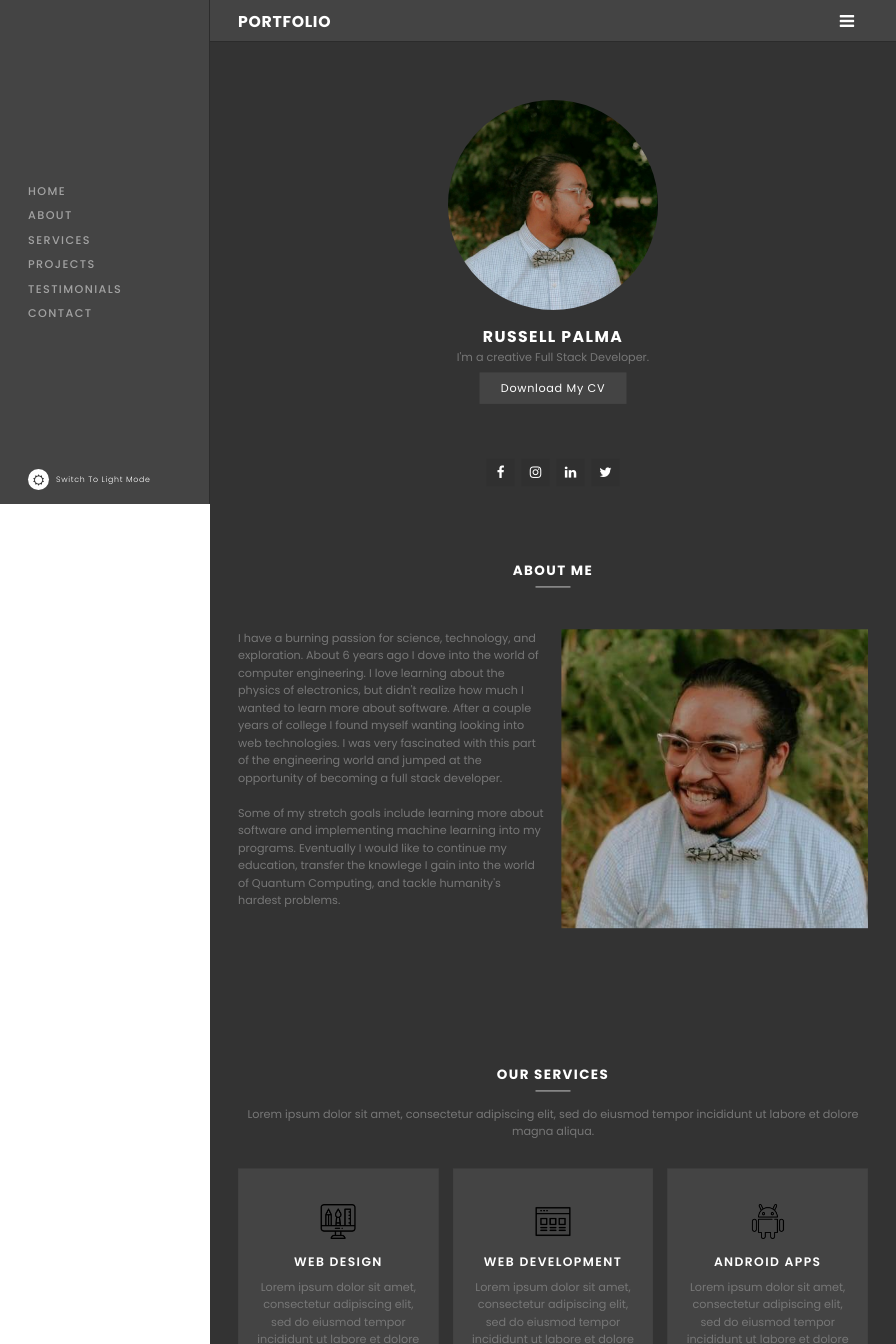
Repository: RussPalms/portforlio-1
Page: index.html
These files come from the project's save history. The page is drawn as it stood at one moment and after the next save; the edit follows.
The browser window is 1280 px wide. The pictures show the part of the page from y = 0 to 1920 px (the page is 5693 px tall), at 70% of full size.
Empty fields were first filled with sample values (such as "Sample", 5 or name@example.com).
After loading, the first visible `div.themeSwitch` was clicked once.

Above is the page before, as saved 2021-11-28 15:54:45.

After the next save:
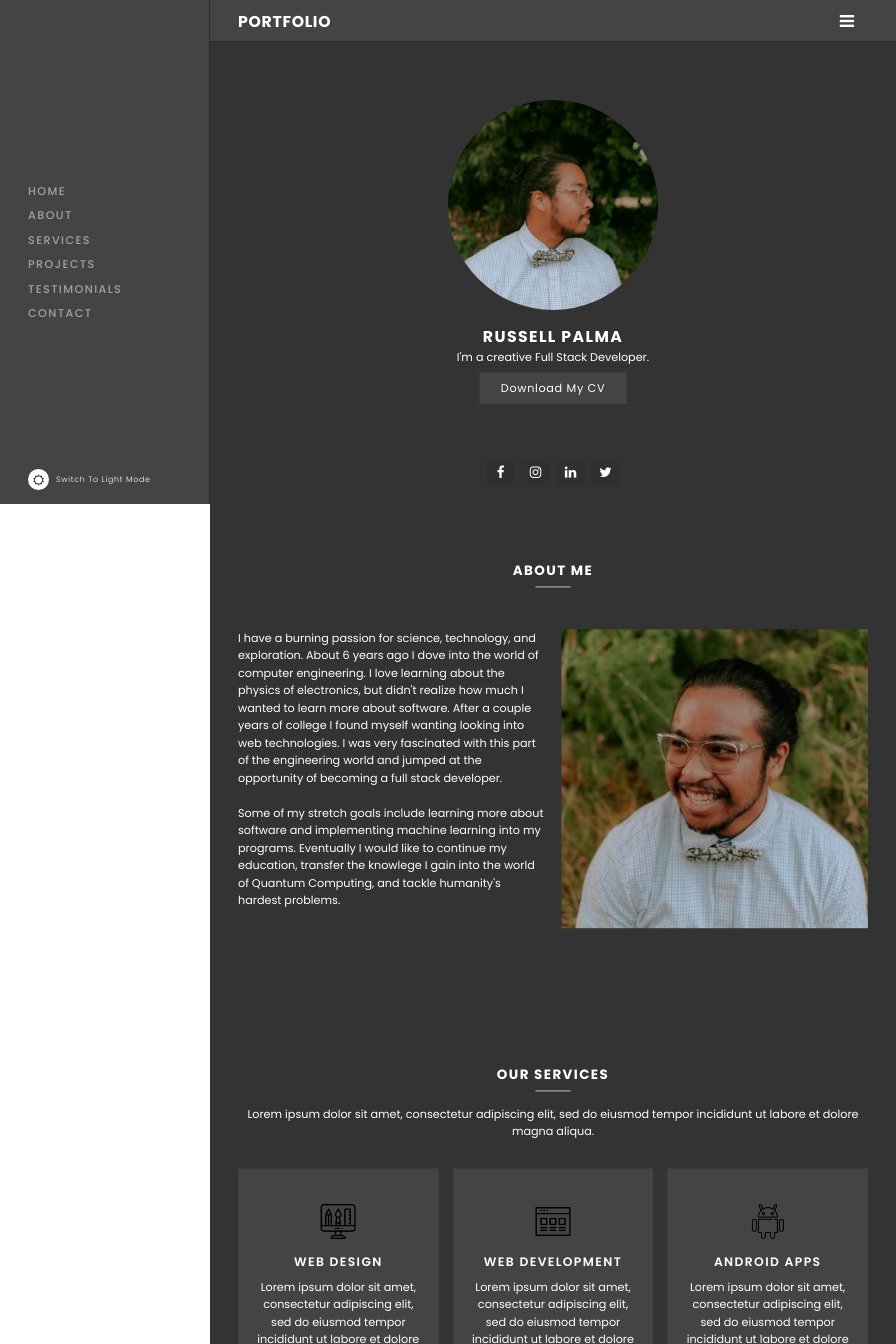
Saved 91 s later.
--- a/style.css
+++ b/style.css
@@ -194,6 +194,10 @@ p {
 	color: #777;
 }
 
+.dark p {
+	color: var(--black);
+}
+
 .btn {
 	position: relative;
 	display: inline-block;
